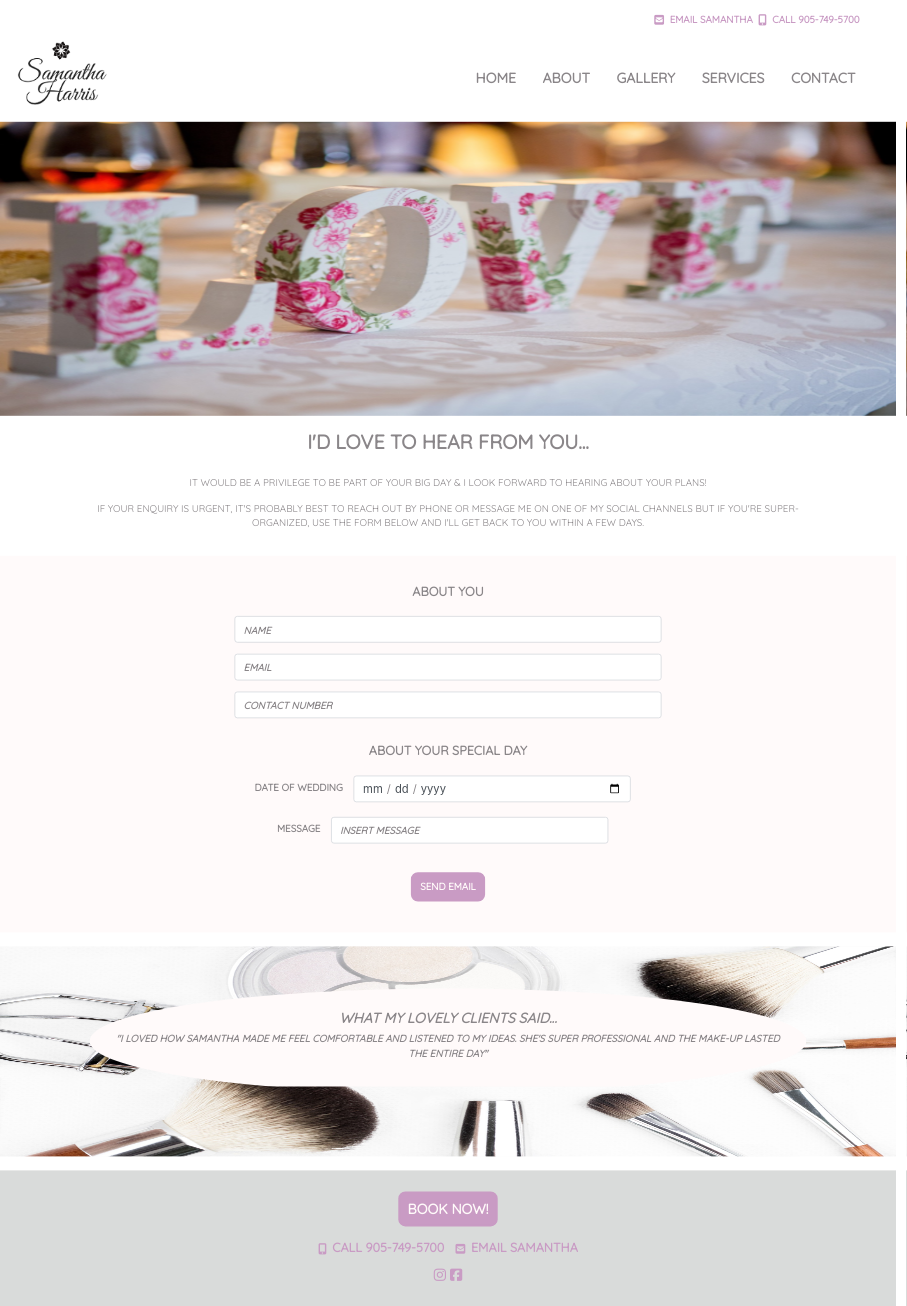
Repository: JayneyNix/milestone-1-UCFD
Page: contact.html
The author's editor kept a record of every edit. The page is drawn from the files as they stood at one moment, then again after the next edit.
The browser window is 1280 px wide. The page is 1295 px wide, so the pictures cover 1295 px, including what lies to the right of the window. The pictures show the whole page, at 70% of full size.
Some web libraries are served in a nearby version.

Above is the page before.

### contact.html
<!DOCTYPE html>
<html lang="en">

<head>
    <meta charset="UTF-8">
    <meta name="viewport" content="width=device-width, initial-scale=1.0">
    <meta http-equiv="X-UA-Compatible" content="ie=edge">
    <title>Professional Make-up Artistry | Samantha Harris</title>
    <script src="https://code.jquery.com/jquery-3.3.1.slim.min.js" integrity="sha384-q8i/X+965DzO0rT7abK41JStQIAqVgRVzpbzo5smXKp4YfRvH+8abtTE1Pi6jizo" crossorigin="anonymous"></script>
    <link href="https://stackpath.bootstrapcdn.com/bootstrap/4.3.1/css/bootstrap.min.css" rel="stylesheet" integrity="sha384-ggOyR0iXCbMQv3Xipma34MD+dH/1fQ784/j6cY/iJTQUOhcWr7x9JvoRxT2MZw1T" crossorigin="anonymous" type="text/css">
    <link rel="stylesheet" href="https://cdnjs.cloudflare.com/ajax/libs/hover.css/2.3.1/css/hover-min.css" type="text/css">
    <link rel="stylesheet" href="https://fonts.googleapis.com/css?family=Quicksand">
    <script src="https://kit.fontawesome.com/26094534a3.js" crossorigin="anonymous"></script>
    <link rel="stylesheet" href="Assets/style.css" class="text/css">
</head>

<body>
    <!--Navigation-->


    <div class="fixed-header d-flex flex-row-reverse mt-2 pr-5 align-items-center">
        <div class="p-1 call-text mt-2">
            <a class="call-header" href="tel:905-749-5700" target="-blank">
                <h5 class="h5 headings"><span class="number">Call 905-749-5700</span></h5>
            </a>
        </div>
        <div class="p-1 call-icon"><a class="call-header" href="tel:905-749-5700" target="-blank"><i class="fas fa-mobile-alt" aria-hidden="true"></i></a>
        </div>
        <div class="p-1 email-text mt-2">
            <a class="email-header" href="mailto:bookings@samanthaharris.ca" target="-blank">
                <span class="call"><h5 class="h5 headings">Email Samantha</h5></span>
            </a>
        </div>
        <div class="p-1 email-icon"><a class="email-header" href="mailto:bookings@samanthaharris.ca" target="-blank"><i class="fas fa-envelope-square" aria-hidden="true"></i></a>
        </div>
    </div>


    <div class="container-fluid nav-container no-padding" role="navigation">
        <nav class="navbar navbar-light navbar-expand-lg ">

            <a class="navbar-brand " href="index.html ">
                <img src="Assets/logo.png " class="d-inline-block align-top "
      alt="samantha-harris-logo "/>
      </a>

            <button class="navbar-toggler ml-auto " type="button " data-toggle="collapse " data-target="#navbarNavDropdown " aria-controls="navbarNavDropdown " aria-expanded="false " aria-label="Toggle navigation ">
          <span class="navbar-toggler-icon "></span>
      </button>
            <div class="collapse navbar-collapse " id="navbarNavDropdown ">
                <ul class="navbar-nav navbar-default ml-auto ">
                    <li class="nav-item ">
                        <a class="nav-link active " href="index.html ">Home</a>
                    </li>
                    <li class="nav-item ">
                        <a class="nav-link " href="about.html ">About</a>
                    </li>
                    <li class="nav-item ">
                        <a class="nav-link " href="gallery.html ">Gallery</a>
                    </li>
                    <li class="nav-item ">
                        <a class="nav-link " href="services.html ">Services</a>
                    </li>
                    <li class="nav-item ">
                        <a class="nav-link " href="contact.html ">Contact</a>
                    </li>
                </ul>
            </div>
        </nav>
    </div>

    <!--Navigation-->


    <!--Introduction-->

    <div class="container-fluid contact-main-banner no-padding">
        <div class="row no-gutters">
            <div class="col-sm-12">
                <img src="Assets/wedding-table-decoration.jpg" class="img-fluid contact-image w-100" alt="contact-page-banner-image" />

            </div>
        </div>
    </div>

    <div class="container-fluid intro-section no-padding text-center">
        <div class="row no-gutters">
            <div class="col-sm-12 col-md-12-offset-3">
                <h1 class="h1 headings">I'd love to hear from you...</h1><br>
                <p class="p headings">It would be a privilege to be part of your big day & I look forward to hearing about your plans!</p>
                <p class="p headings">If your enquiry is urgent, it's probably best to reach out by phone or message me on one of my social channels but if you're super-organized, use the form below and I'll get back to you within a few days.</p>
            </div>

        </div>

    </div>

    <!--Introduction-->


    <!--Contact Form-->

    <form>
        <div class="container-fluid contact-container">
        <div class="form-group row row-top justify-content-center">
            <h3 class="h3 headings ">About You</h3>
        </div>
        <div class="container-fluid">
            <div class="form-group row justify-content-center">

                <div class="col-6">
                    <input type="text" class="form-control" id="name" placeholder="Name">
                </div>
            </div>
            <div class="form-group row justify-content-center">

                <div class="col-6">
                    <input type="email" class="form-control" id="email" placeholder="Email">
                </div>
            </div>
            <div class="form-group row justify-content-center">
                <div class="col-6">
                    <input type="number" class="form-control" id="number" placeholder="Contact Number">
                </div>
            </div>
            <div class="form-group row row-second-section justify-content-center">
                <h3 class="h3 headings ">About Your Special Day</h3>
            </div>
            <div class="form-group row justify-content-center">
                <label for="event-date"><h5 class="h5 headings col-4-offset-6 col-form-label">Date of Wedding</h5></label>
                <div class="col-4">
                    <input type="date" class="form-control" id="event-date" placeholder="Select Date of Event">
                </div>
            </div>
            <div class="form-group row justify-content-center">
                <label for="message"><h5 class="h5 headings col-4-offset-6 col-form-label">Message</h5></label>
                <div class="col-4">
                    <input type="textarea" class="form-control" id="message" placeholder="Insert Message" max-length="500">
                </div>
            </div>
            <div class="form-group row row-bottom justify-content-center">
                <div class="col-sm-6-offset-3">
                    <button type="submit" class="h5 headings send-btn">SEND EMAIL</button>
                </div>
            </div>
        </div>
        </div>
    </form>

 <!--Contact Form-->

    <!--Testimonials-->

    <div id="testimonial-carousel" class="carousel slide d-none d-md-block" data-ride="carousel">
        <div class="carousel-inner">
            <div class="carousel-item active">
                <img class="carousel-image d-block w-100" src="Assets/cosmetic-brushes.png" alt="Slide-One">
                <div class="carousel-caption d-none d-md-block height-auto">
                    <div class="box">
                        <h2 class="h2 headings carousel-heading align-items-center justify-content-center">What My Lovely Clients Said...</h2>
                        <p class="p headings carousel-text">"Sam was awesome from the moment I met her I knew I didn't want anyone else to do my make-up! I felt so confident and beautiful but still like me"
                        </p>
                    </div>
                </div>
            </div>

            <div class="carousel-item">
                <img class="carousel-image d-block w-100" src="Assets/cosmetic-brushes.png" alt="Slide-One">
                <div class="carousel-caption d-none d-md-block">
                    <div class="box">
                        <h2 class="h2 headings carousel-heading align-items-center justify-content-center">What My Lovely Clients Said...</h2>
                        <p class="p headings carousel-text">"I loved how Samantha made me feel comfortable and listened to my ideas. She's super professional and the make-up lasted the entire day"
                        </p>
                    </div>
                </div>
            </div>
            <div class="carousel-item">
                <img class="carousel-image d-block w-100" src="Assets/cosmetic-brushes.png" alt="Slide-One">
                <div class="carousel-caption d-none d-md-block">
                    <div class="box">
                        <h2 class="h2 headings carousel-heading align-items-center justify-content-center">What My Lovely Clients Said...</h2>
                        <p class="p headings carousel-text">"I was looking for someone who uses natural products and the latest techniques and Samantha was knowledgeable, experienced and wasn't flustered with our party of 7!"
                        </p>
                    </div>
                </div>
            </div>
        </div>
    </div>

    <!--Testimonials-->

    <!--Footer-->

    <footer class="container-fluid footer-container no-padding">

        <div id="footer" class="row">
            <div class="col-sm-12">
                <div class="action">
                    <btn class="footer-button">
                        <a class="contact-link" href="contact.html">
                            <h2 class="h2 headings footer-items">BOOK NOW!</h2>
                        </a>
                    </btn>
                </div>

                <div class="d-flex flex-row justify-content-center mt-3">

                    <div class="p-1 call-icon"><a class="call-header" href="tel:905-749-5700" target="-blank"><i class="fas fa-mobile-alt" aria-hidden="true"></i></a>
                    </div>
                    <div class="p-1 call-text mr-2">
                        <a class="call-contact" href="tel:905-749-5700" target="-blank">
                            <h3 class="h3 headings">Call 905-749-5700</h3>
                        </a>
                    </div>
                    <div class="p-1 email icon"><a class="email-header" href="mailto:bookings@samanthaharris.ca" target="-blank"><i class="fas fa-envelope-square" aria-hidden="true"></i></a>
                    </div>
                    <div class="p-1 email-text">
                        <a class="email-contact" href="mailto:bookings@samanthaharris.ca" target="-blank">
                            <h3 class="h3 headings">Email Samantha</h3>
                        </a>
                    </div>
                </div>

                <div class="col-sm-12">
                    <div class="social"></div>
                    <a class="insta" href="https://www.instagram.com" target="-blank"><i class="fab fa-instagram" aria-hidden="true"></i>
                    </a>
                    <a class="facebook" href="https://www.facebook.com" target="-blank"><i class="fab fa-facebook-square" aria-hidden="true"></i></a>
                </div>
            </div>
        </div>
    </footer>

    <!--Footer-->
    <script src="https://cdnjs.cloudflare.com/ajax/libs/jquery/3.4.1/jquery.slim.js"></script>
    <script src="https://cdnjs.cloudflare.com/ajax/libs/popper.js/1.15.0/umd/popper.min.js"></script>
    <script src="https://cdnjs.cloudflare.com/ajax/libs/twitter-bootstrap/4.3.1/js/bootstrap.min.js"></script>
</body>

</html>

### Assets/style.css
/*Typography*/

.headings {

    font-family: Quicksand, sans-serif;
    text-transform: uppercase;
    font-weight: bold;
}

.h1 {
    font-size: 28px;
    color: #8a8689;
    font-weight: bold;
}

.h2 {
    font-size: 20px;
    font-weight: bold;
}

.h3 {
    font-size: 18px;
    color: #8a8689;
}

.h4 {
    font-size: 16px;
}

.h5 {
    font-size: 14px;
    color: #8a8689;
}

.p {
    font-size: 14px;
    color: #8a8689;
    font-weight: normal;
}

/*Typography*/


/*Contact Header*/

.p-1 .email-header {
    color: #c99bc4;
    text-decoration: none;
}

.p-1 .call-header {
    color: #c99bc4;
    text-decoration: none;
}

.p-1 .email-header:hover {
    color: #8a8689;
}

.p-1 .call-header:hover {
    color: #8a8689;
}

.p-1 .h5 {
    color: #c99bc4;
}

.p-1 .h5:hover {
    color: #8a8689;
}

/*Contact Header*/


/*--Navigation--*/

.nav-container {
    padding-right: 20px;
    padding-left: 0;
}

.navbar {
    background-color: #fff;
    padding: 0;
}

.navbar-brand {
    padding-left: 20px;
    padding-bottom: 20px;
    background-size: cover;
    width: 150;
    height: 150;
}

.navbar-nav {
    padding-right: 30px;
}

.nav-item {
    padding: 20;
}

.nav-link {
    font-family: "Quicksand", sans-serif;
    font-size: 20px;
    font-weight: bold;
    text-decoration: none;
    text-transform: uppercase;
    color: #8a8689!important;
    vertical-align: middle;
    padding-left: 30px!important;
}

.nav-link:hover {
    color: #c99bc4!important;
    transform: scale(1.25);
    transition: ease-in-out;
    transition-duration: 0.3s;
}

.navbar-light .navbar-toggler {
    padding-right: 30px;
    border: 0;
    font-weight: bold;
}

  .navbar-toggler:focus, .navbar-toggler:active {
    outline: none;
    box-shadow: none;
    color: #c99bc4;
  }

@media (max-width: 992px) {
    #navbarNavDropdown {
        text-align: center;
    }
}

/*--Navigation--*/


/*--Footer*/

.container-fluid .footer-container {
    display: inline-block;
    font-size: 0;
}

#footer {
    background-color: #d9dbda;
    text-align: center;
    padding-top: 30px;
    padding-bottom: 30px;
}

.footer-button {
    position: relative;
    display: inline-block;
    font-family: "Quicksand", sans-serif;
    font-size: 20px;
    font-weight: bolder;
    text-transform: uppercase;
    vertical-align: middle;
    border: 3px solid #c99bc4;
    border-radius: 10px;
    padding: 10px;
    text-align: center;
    background-color: #c99bc4;
}

.footer-button .contact-link {
    text-decoration: none;
}

.footer-items {
    color: #fffafa;
    font-weight: bold;
    vertical-align: middle;
    margin: 0;
}

.footer-items:hover {
    color: #8a8689;
    transform: scale(1.1);
    transition: ease-in-out;
    transition-duration: 0.5s;
}

.call-contact .h3 {
    color: #c99bc4;
    text-decoration: none;
}

.a .call-contact {
    text-decoration: none;
}

.email-contact .h3 {
    color: #c99bc4;
    text-decoration: none;
}

.a .email-contact {
    text-decoration: none;
}

.call-contact .h3:hover {
    color: #8a8689;
}

.email-contact .h3:hover {
    color: #8a8689;
}

.insta {
    color: #c99bc4;
    font-size: 20px;
}

.facebook {
    color: #c99bc4;
    font-size: 20px;
}

.insta:hover {
    color: #8a8689;
    text-decoration: none;
}

.facebook:hover {
    color: #8a8689;
    text-decoration: none;
}

/*--Footer*/


/*--Homepage Section 1 - Banner & Intro*/

.home-main-banner {
    max-width: 100%;
    height: 100%;
    padding: 0px 0px 20px;
    margin: 0;
    font-size: 0;
}

#home-main-intro {
    padding: 0;
    margin: 0;
}

.intro-section {
    padding: 0;
    width: 80%;
}

/*--End Homepage Section 1 - Banner & Intro*/


/*--Homepage Section 2 - Testimonials*/

#testimonial-carousel {
    display: block;
    padding: 0;
    font-size: 0;
    margin-bottom: 20px;
    height: 300px;
}

.carousel-image {
    height: 300px;
}

.carousel-caption {
    position: absolute;
    left: 50%;
    top: 40%;
    transform: translate(-50%, -50%);
    overflow: hidden;
    width: 80%;
}

.carousel-heading {
    color: #8a8689;
    font-style: italic;
    font-weight: bolder;
}

.carousel-text {
    font-style: italic;
    font-weight: bolder;
}

.box {
    border: 0px transparent;
    border-radius: 50%;
    background-color: #fffafa;
    padding: 30px;
}

/*--End Homepage Section 2 - Testimonials*/


/*--Gallery--*/

.gallery-container {
    padding-bottom: 20px;
}

/*--End Gallery--*/


/*--Contact Page Form--*/

.contact-main-banner {
    max-width: 100%;
    padding: 0px 0px 20px;
    margin: 0;
    font-size: 0;
}

.contact-image {
    height: 420px;
}

.contact-intro {
    padding: 0;
    margin: 0;
}

.contact-container {
    width: 100%;
    padding-bottom: 20px;
    margin: 20px 0px;
    padding-left: 0;
    padding-right: 0;
    vertical-align: middle;
    background-color: #fffafa;
}

.row-top {
    padding-top: 40px;
}

.row-second-section  {
    padding-top: 20px;
}

.row-bottom {
    padding-top:20px;
}

.send-btn {
    vertical-align: middle;
    border: 3px solid #c99bc4;
    border-radius: 10px;
    padding: 10px;
    text-align: center;
    background-color: #c99bc4;
    color: #fffafa;
    font-weight: bolder;
}

.send-btn:hover {
    color: #8a8689;
    transform: scale(1.1);
    transition: ease-in-out;
    transition-duration: 0.5s;
}

.form-control::placeholder {
    font-family: Quicksand, 'sans-serif';
    font-size: 14px;
    font-style: italic;
    font-weight: bold;
    text-transform: uppercase;
    color:#8a8689;
}

::-webkit-datetime-edit-text {
    color: #8a8689;
    padding: 0 0.3em;
    text-transform: uppercase;
    font-family: Quicksand, 'sans-serif';
    font-size: 14px;
    font-style: italic;
    font-weight: bold;
    }

/*--End contact page form--*/

After the next edit:
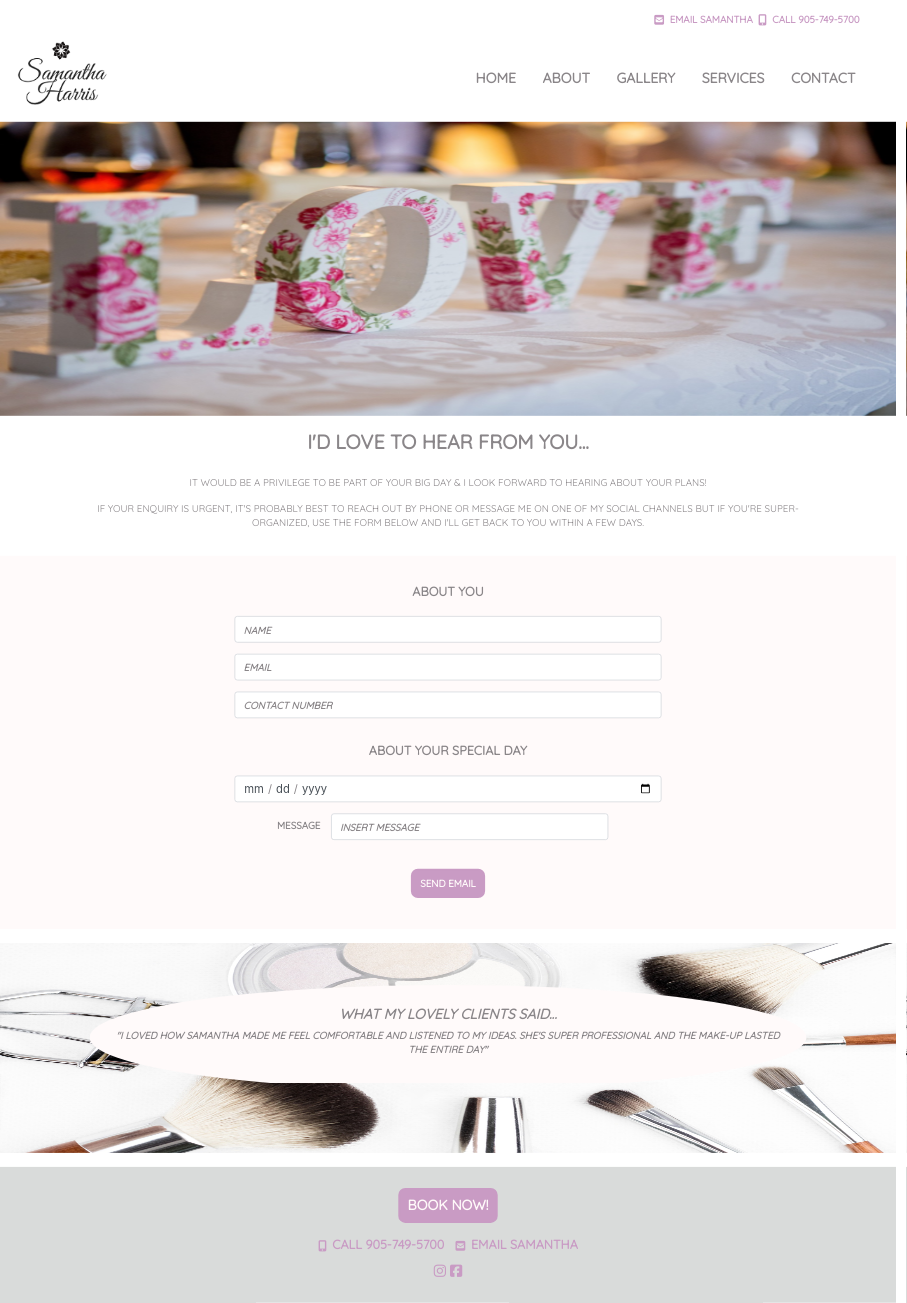
The edit:
--- a/contact.html
+++ b/contact.html
@@ -127,8 +127,7 @@
                 <h3 class="h3 headings ">About Your Special Day</h3>
             </div>
             <div class="form-group row justify-content-center">
-                <label for="event-date"><h5 class="h5 headings col-4-offset-6 col-form-label">Date of Wedding</h5></label>
-                <div class="col-4">
+                <div class="col-6">
                     <input type="date" class="form-control" id="event-date" placeholder="Select Date of Event">
                 </div>
             </div>
